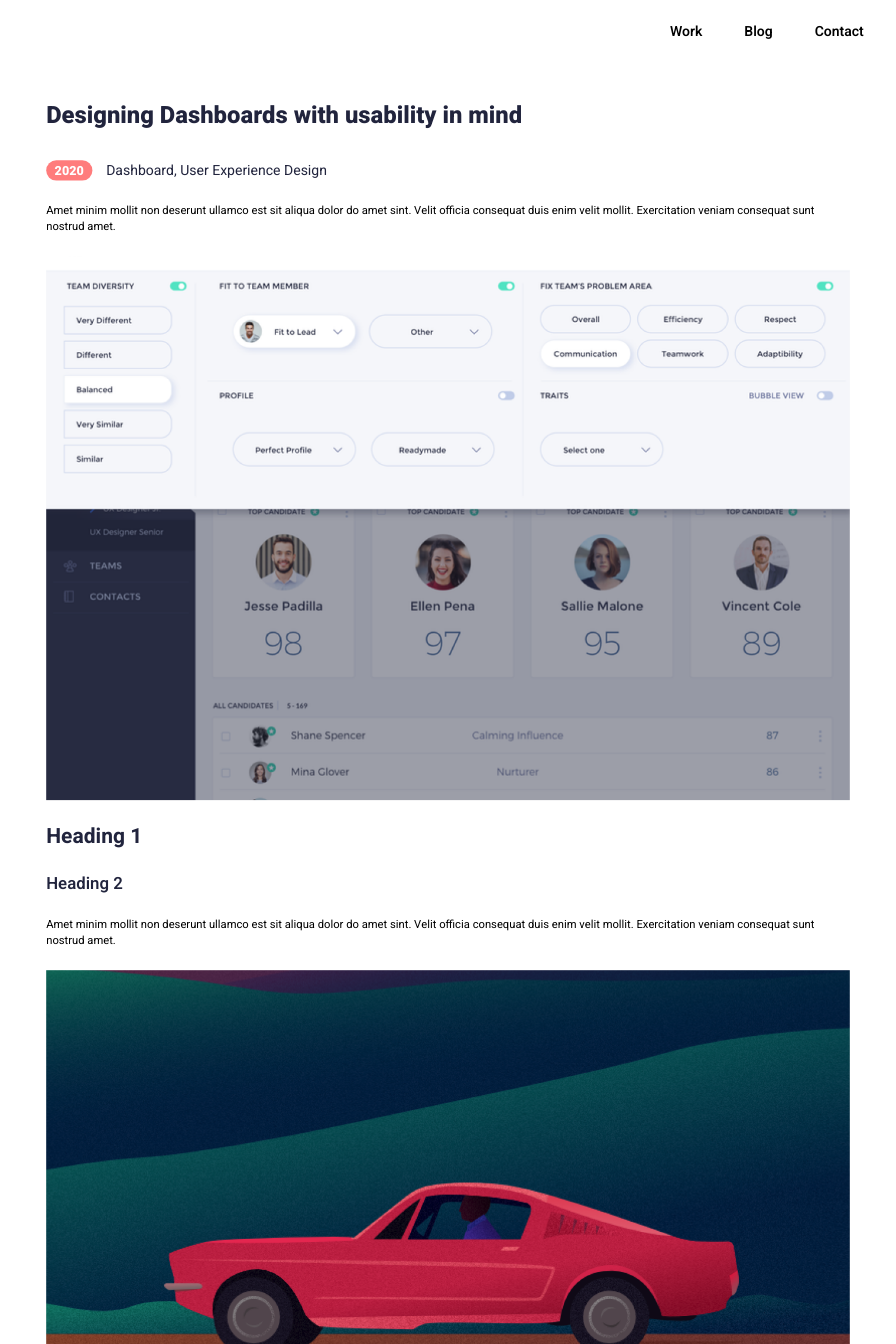
Repository: sharma171/portfolio
Page: /detailed
An editor plug-in stored every save of this project. The page is shown before and after a run of saves, followed by the edit.
The browser window is 1280 px wide. The pictures show the part of the page from y = 0 to 1920 px (the page is 3176 px tall before and 2810 px after), at 70% of full size.
The project was rebuilt for these pictures with package versions that can differ from the ones it lists, and the page was loaded fresh each time. The framework's server and built-in components were replaced by stand-ins that run in the browser. Also part of the build but not shown: next.config.mjs.

Above is the page before, as saved 2024-06-02 18:08:45.

### src/app/layout.js

import "./globals.css";


export const metadata = {
  title: "Portfolio Website",
  description: "Blogging and projects site",
};

export default function RootLayout({ children }) {
  return (
    <html lang="en">
      <body>{children}</body>
    </html>
  );
}

### src/app/detailed/layout.jsx
import "../../app/globals.css";

export const metadata = {
    title: "Portfolio Website",
    description: "Blogging and projects site",
};

export default function RootLayout({ children}) {
    return (
        <html lang="en">
            <body>
                {children}
            </body>
        </html>
    );
}

### src/app/detailed/page.jsx
import React from "react";
import Image from "next/image";
import "../page.css"
import Header from "../../components/Header"
import Footer from "../../components/Footer"
import Featured1 from "../../../public/work/detailedOne.png";
import Featured2 from "../../../public/work/detailedTwo.png";
import Featured3 from "../../../public/work/detailedThree.png";

export default function DetailPage() {
    return (
        <>
        <Header />
        <section className="detailed">
            <div className="container">
                <div className="detailed-inner">
                    <h1 className="main-heading">
                    Designing Dashboards with usability in mind
                    </h1>
                    <div className="det-row">
                        <span className="date">2020</span>
                        <span className="topic">Dashboard, User Experience Design</span>
                    </div>
                    <h2 className="subheading">
                        Amet minim mollit non deserunt ullamco est sit aliqua dolor do amet sint. Velit officia consequat duis enim velit mollit. Exercitation veniam consequat sunt nostrud amet.
                    </h2>
                    <Image src={Featured1} alt="featured" className="full-w-thumb" />
                    <h1>Heading 1</h1>
                    <h2>Heading 2</h2>
                    <p className="subheading">
                        Amet minim mollit non deserunt ullamco est sit aliqua dolor do amet sint. Velit officia consequat duis enim velit mollit. Exercitation veniam consequat sunt nostrud amet.
                    </p>
                    <Image src={Featured2} alt="featured" className="full-w-thumb" />
                    <Image src={Featured3} alt="featured" className="full-w-thumb" />
                </div>
            </div>
        </section>
        <Footer />
        </>
    );
}

### src/app/globals.css
@import url('https://fonts.googleapis.com/css2?family=Heebo:wght@100..900&display=swap');

:root {
  --max-width: 1180px;
  --border-radius: 12px;
  --font-mono: ui-monospace, Menlo, Monaco, "Cascadia Mono", "Segoe UI Mono",
    "Roboto Mono", "Oxygen Mono", "Ubuntu Monospace", "Source Code Pro",
    "Fira Mono", "Droid Sans Mono", "Courier New", monospace;
  --main-font: "Heebo", sans-serif;
  --weight--300: 300;
  --weight--400: 400;
  --weight--500: 500;
  --weight--600: 600;
  --weight--700: 700;
  --weight--800: 800;
  --weight--900: 900;
  --hero-button: #FF6464;
  --text-color: #21243D;
}

* {
  box-sizing: border-box;
  padding: 0;
  margin: 0;
}

html,
body {
  max-width: 100vw;
  overflow-x: hidden;
  font-family: var(--main-font);
}

a {
  color: inherit;
  text-decoration: none;
}
.container {
  max-width: var(--max-width);
  margin: 0 auto;
  padding: 0 1rem;
}
header {
  background: #fff;
}
header .header-logo {
  width: 1rem;
  height: auto;
}
.nav {
  display: flex;
  flex-direction: row;
  justify-content:space-between;
  max-width: 1280px;
  margin: 0 auto;
  padding: 0 1rem;
}
.navMenu {
  display: flex;
  flex-direction: row;
  align-items: center;
}
.navMenu .navLink {
  font-size: 1.25rem;
  font-weight: var(--weight--600);
  color: var(--primary-color);
  margin: 30px;
}
/* ------------------------ Footer ---------------------------------------- */
footer {
  background: #fff;
  padding: 50px 0;
}

footer .footer-inner {
  display: flex;
  flex-direction: column;
  justify-content: center;
  align-items: center;
  gap: 18px;
}
footer .social-row {
  display: flex;
  flex-direction: row;
  justify-content: space-between;
  align-items: center;
  gap: 35px;
}
footer .social-row .social .social-img {
  width: 30px;
  image: 30px;
}
footer .footer-inner .copyright {
  font-size: 15px;
}

### src/app/page.css
.main {
  display: flex;
  flex-direction: column;
  min-height: 100vh;
}
/* ----------------- hero section ----------------- */
.hero .hero-row {
  display: flex;
  flex-direction: row;
}
.hero .hero-lhs {
  width: 70%;
}
.hero .hero-lhs .hero-cta {
  display: flex;
  flex-direction: column;
  gap: 40px;
  margin-top: 140px;
  margin-bottom: 70px;
}
.hero .hero-lhs .hero-cta .main-head {
  font-size: 44px;
  line-height: 3.75rem;
  font-weight: 700;
}
.hero .hero-lhs .hero-cta .sub-head {
  font-size: 16px;
  line-height: 1.5rem;
  font-weight: 400;
  max-width: 500px;
}
.hero .hero-lhs .hero-cta .cta-button {
  padding: 14px 20px;
  font-size: 1.15rem;
  line-height: 19px;
  font-weight: 500;
  font-family: "Heebo", sans-serif;
  margin-right: auto;
  background: var(--hero-button);
  color: #fff;
  border: none;
}
.hero .hero-rhs {
  width: 30%;
  display: flex;
  justify-content: flex-start;
  align-items: center;
}
.hero .hero-rhs .hero-img {
  position: relative;
}
.hero .hero-rhs .hero-img .image {
  width: 283px;
  height: 283px;
  z-index: 1;

}
.hero .hero-rhs .hero-img::after {
  content: "";
  position: absolute;
  top: 13px;
  left: -5px;
  width: 283px;
  height: 283px;
  background: #EDF7FA;
  z-index: -1;
  border-radius: 300px;
}

/* -------------------------  Home Blog Section --------------------------------------- */

.home-blog {
  background: #EDF7FA;
}
.home-blog .blog-head {
  display: flex;
  flex-direction: row;
  justify-content: space-between;
  align-items: center;
  margin-top: 7px;
}
.home-blog .blog-head .heading {
  font-size: 22px;
  line-height: 60px;
  font-weight: 400;
  color: var(--text-color);
}
.home-blog .blog-head .more-link {
  font-size: 16px;
  font-weight: 400;
  color: #00A8CC;
}

/* ----------------------- Blog Carousel ----------------------------------------- */
.blog-carousel .blog-image {
  display: none;
}
.blog-carousel {
  display: flex;
  flex-direction:row;
  overflow: hidden;
  max-width: 100%;
  padding-bottom: 32px;
}
.blog-carousel .blog-item {
  background-color: #fff;
  box-shadow: #bbe1fa3d 0 4px 10px 0;
  padding: 25px;
  display: flex;
  flex-direction: column;
  gap: 25px;
}
.blog-carousel .blog-item:nth-child(odd){
  margin-right: 10px;
}
.blog-carousel .blog-item:nth-child(even) {
  margin-left: 10px;
}
.blog-carousel .blog-item .blog-item-head {
  /* margin-bottom: 17px; */
}
.blog-carousel .blog-item .blog-item-head .head {
  font-size: 32px;
  line-height: 1.3em;
  font-weight: 700;
  color: var(--text-color);
}
.blog-carousel .blog-info {
  display: flex;
  flex-direction: row;
  gap: 25px;
  /* margin-bottom: 11px; */
}
.blog-carousel .blog-info .divline {
  width: 1px;
  height: 15.799999999999958px;
  margin-top: 4px;
  background: var(--text-color);
}
.blog-carousel .blog-info .date {
  font-size: 18px;
  line-height: 26px;
  color: var(--text-color);
  font-weight: 400;
}
.blog-carousel .blog-info .author {
  font-size: 18px;
  line-height: 26px;
  color: var(--text-color);
  font-weight: 400;
}
.blog-carousel .blog-info .blog-para .para{
  font-size: 16px;
  line-height: 24px;
  color: var(--text-color);
  font-weight: 400;
}

/* ---------------------------- Featured Works -------------------------------------------------------------------- */

.featured-home {
  background: #fff;
}
.featured-home .top-heading {
  display: flex;
  flex-direction: row;
  justify-content: space-between;
  align-items: center;
  margin-top: 17px;
  margin-bottom: 22px;
}
.featured-home .top-heading .head {
  font-size: 22px;
  color: var(--text-color);
  line-height: 60px;
  font-weight: 500;
}
.workcards {
  display: flex;
  flex-direction: column;
  gap: 40px;
  padding-bottom: 80px;
}
.workcards .card-item {
  display: flex;
  flex-direction: row;
  position: relative;
}
.workcards .card-item::after{
  content: "";
  position: absolute;
  top: calc(100% + 20px);
  left: 0;
  width: 100%;
  height: 1px;
  background: #E0E0E0;
}
.workcards .card-item .card-thumb {
  width: 250px;
  height: 180px;
  margin-right: 18px;
}
.workcards .card-item .card-thumb .thumb-img {
  width: 250px;
  height: 180px;
  object-fit: cover;
  border-radius:6px;
}
.workcards .card-item .card-info {
  display: flex;
  flex-direction: column;
  margin-left: 18px;
  gap: 24px;
}
.workcards .card-item .card-info .heading {
  font-size: 32px;
  font-weight: 800;
  line-height: 30px;
  color: var(--text-color);
}
.workcards .card-item .card-info .info-row {
  display: flex;
  flex-direction: row;
  gap: 25px;
}
.workcards .card-item .card-info .info-row .date {
  font-size: 18px;
  line-height: 17px;
  font-weight: 900;
  padding: 6px 10px 5px 10px;
  border-radius: 16px;
  color: #fff;
  background: #142850;
}
.workcards .card-item .card-info .info-row .topic {
  font-size: 20px;
  color: #8695A4;
}
.workcards .card-item .card-info .info-para {
  font-size: 18px;
  line-height: 24px;
  color: #21243D;
  font-weight: 400;
  width: 90%;
}
/* ------------------------------ Category Pages -------------- */
.work-category .container {
  max-width: 900px;
}
.blog-category .container {
  max-width: 900px;
}
.cat-head {
  padding-top: 80px;
  padding-bottom: 25px;
}
.cat-head h3 {
  font-size: 44px;
  line-height: 60px;
  font-weight: 700;
}
.blog-cards {
  display: flex;
  flex-direction: column;
  gap: 60px;
  padding-bottom: 80px;
}
.blog-cards .card-item {
  display: flex;
  flex-direction: column;
  gap: 10px;
  position: relative;
}
.blog-cards .card-item::after {
  content: "";
  position: absolute;
  top: calc(100% + 30px);
  left: 0;
  width: 100%;
  height: 1px;
  background: #E0E0E0;
}
.blog-cards .card-item .info-row .width-div {
  width: 1px;
  height: 15.799999999999958px;
  margin-top: 4px;
  background: var(--text-color);
}
.blog-cards .card-item .heading {
  font-size: 30px;
  font-weight: 600;
  line-height: 44px;
  color: var(--text-color);
}
.blog-cards .card-item .info-row {
  display: flex;
  flex-direction: row;
  gap: 20px;
}
.blog-cards .card-item .info-row .date {
  font-size: 20px;
  line-height: 29px;
  color: var(--text-color);
  font-weight: 400;
}
.blog-cards .card-item .info-row .topic {
  font-size: 20px;
  line-height: 29px;
  color: #8695A4;
  font-weight: 400;
}
.blog-cards .card-item .info-para {
  font-size: 16px;
  line-height: 24px;
  color: var(--text-color);
}
/* --------------------------- Detailed Page ------------------------------------------------------------- */
.detailed .detailed-inner {
  display: flex;
  flex-direction: column;
  gap: 30px;
  padding-top: 50px;
  padding-bottom: 30px;
}
.detailed .detailed-inner h1.main-heading {
  font-size: 34px;
  line-height: 50px;
  font-weight: 800;
  margin-bottom: 10px;
  color: var(--text-color);
}
.detailed .detailed-inner .det-row {
  display: flex;
  flex-direction: row;
  gap: 20px;
}
.detailed .detailed-inner .det-row .date {
  font-size: 18px;
  font-weight: 800;
  padding: 7px 12px 4px 12px;
  color: #fff;
  line-height: 17px;
  background: #FF7C7C;
  border-radius: 50px;
}
.detailed .detailed-inner .det-row .topic {
  font-size: 20px;
  line-height: 29px;
  font-weight: 400;
  color: var(--text-color);
}
.detailed .detailed-inner h2.subheading {
  font-size: 16px;
  line-height: 24px;
  color: #000;
  font-weight: 400;
}
.detailed .detailed-inner .full-w-thumb {
  width: 100%;
  height:auto;
  aspect-ratio: 680/460;
  object-fit: cover;
}
.detailed .detailed-inner h1 {
  font-size:30px;
  line-height: 45px;
  color: var(--text-color);
  font-weight: 700;
}
.detailed .detailed-inner h2 {
  font-size: 24;
  line-height: 30px;
  color: var(--text-color);
  font-weight: 600;
}

### src/components/Header.jsx
import React from "react";
import "../app/globals.css";

const navLink = [
    {
        name: "Work",
        link: "/"
    },
    {
        name: "Blog",
        link: "/blog"
    },
    {
        name: "Contact",
        link: "/contact"
    },
]

const Header = () => {
    return(
        <header>
            <nav className="nav">
                <a href="/">

                </a>
                <div className="navMenu">
                    {navLink.map((item, index) => (
                        <a href={item.link} className="navLink" key={index}>{item.name}</a>
                    ))}
                </div>
            </nav>
        </header>
    )
}

export default Header;

### src/components/Footer.jsx
import React from "react";

import Image from "next/image"

import FacebookIcon from "../../public/social/facebook.svg"
import InstagramIcon from "../../public/social/instagram.svg"
import TwitterIcon from "../../public/social/twitter.svg"
import LinkedinIcon from "../../public/social/Linkedin.svg"

const Footer = () => {
    return(
        <>
        <footer>
            <div className="container">
                <div className="footer-inner">
                    <div className="social-row">
                        <a href="" className="social">
                            <Image src={FacebookIcon} alt="icon" className="social-img" />
                        </a>
                        <a href="" className="social">
                            <Image src={InstagramIcon} alt="icon" className="social-img" />
                        </a>
                        <a href="" className="social">
                            <Image src={TwitterIcon} alt="icon" className="social-img" />
                        </a>
                        <a href="" className="social">
                            <Image src={LinkedinIcon} alt="icon" className="social-img" />
                        </a>
                    </div>
                    <span className="copyright">
                        Copyright ©2020 All rights reserved
                    </span>
                </div>
            </div>
        </footer>
        </>
    )
};
export default Footer;

After the next 2 saves:
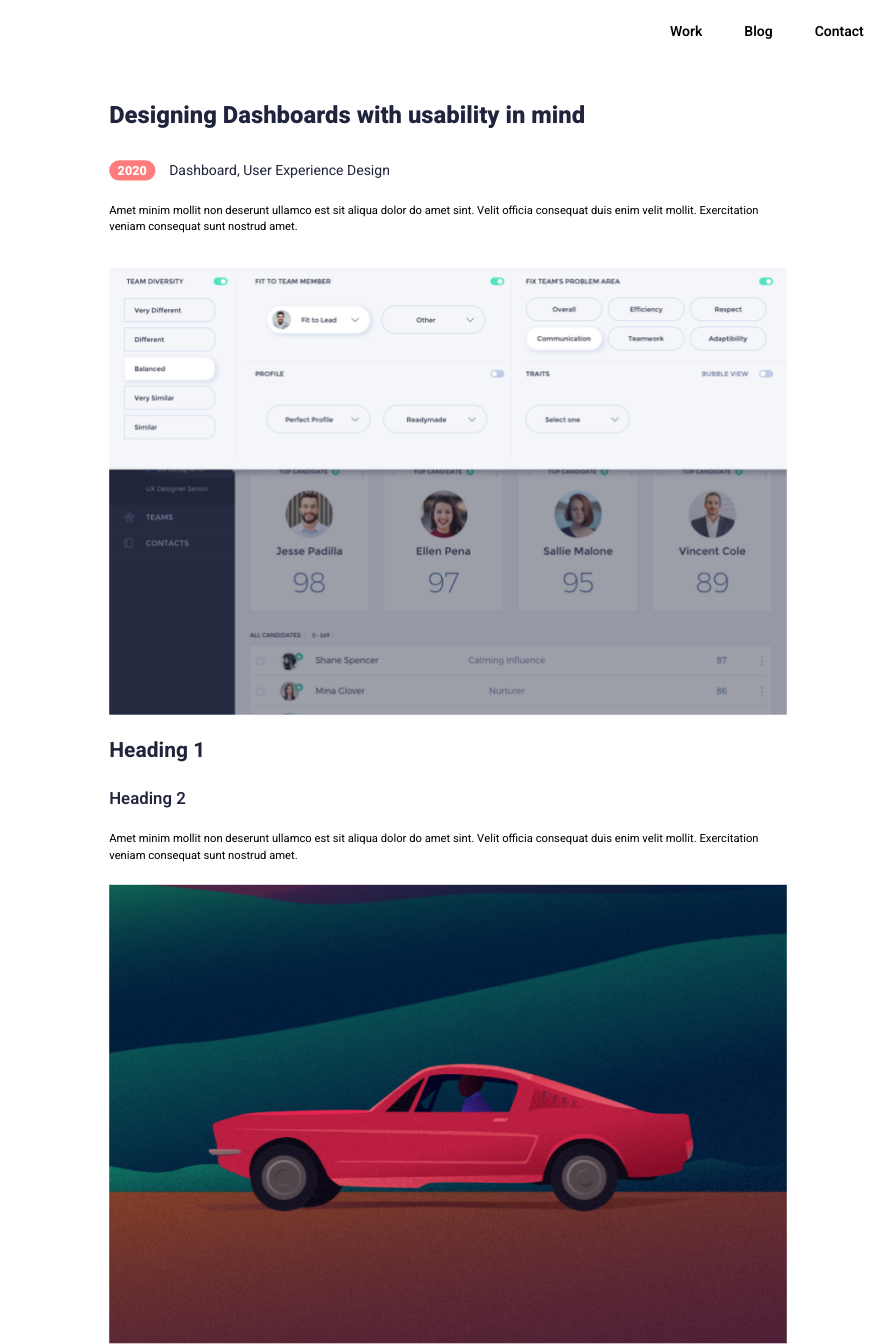
The 2 saves are shown as one change because they came seconds apart.
The last was saved 27 s later.
--- a/src/app/page.css
+++ b/src/app/page.css
@@ -315,6 +315,9 @@
   color: var(--text-color);
 }
 /* --------------------------- Detailed Page ------------------------------------------------------------- */
+.detailed .container {
+  max-width: 1000px;
+}
 .detailed .detailed-inner {
   display: flex;
   flex-direction: column;
